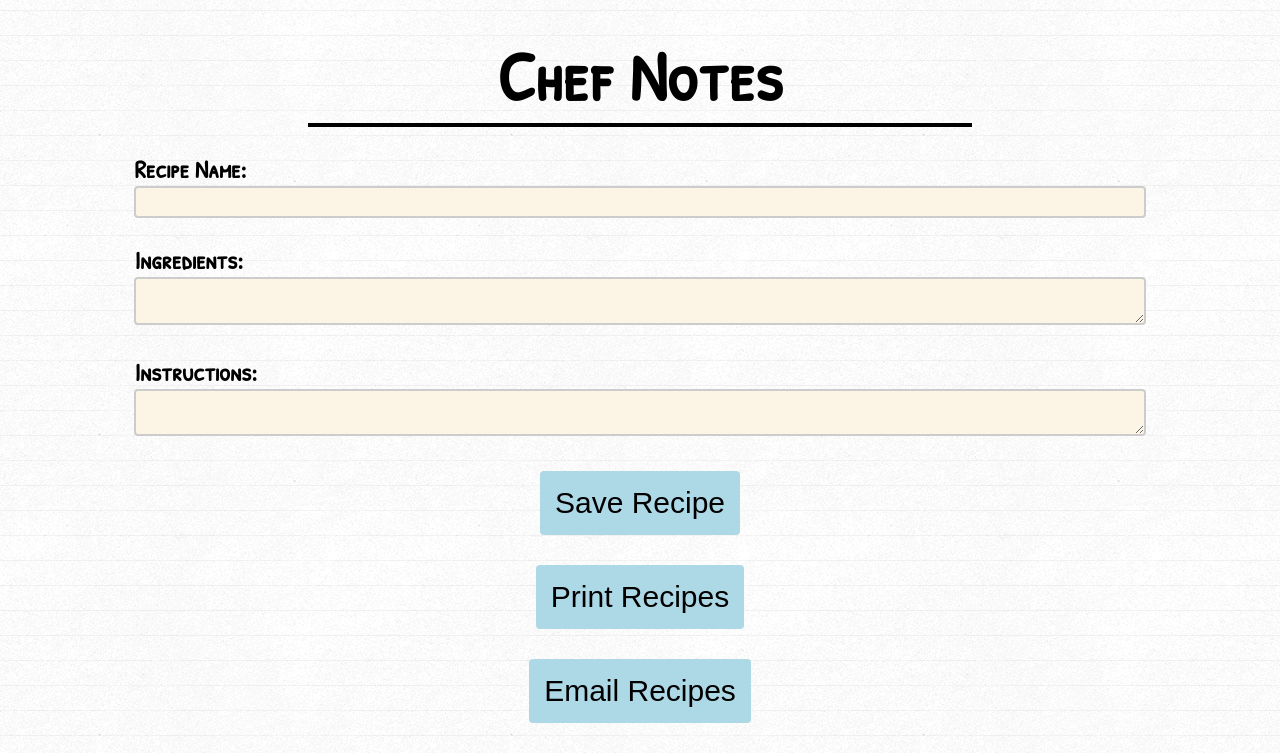
Repository: Chadloswald/RecipeSite
Page: docs/index.html
The author's editor kept a copy of each file at every save. The page is drawn from the files as they stood at one save, then again after the next save.
The browser window is 1280 px wide. The pictures show the whole page.

Above is the page before, as saved 2023-05-22 12:50:25.

After the next save:
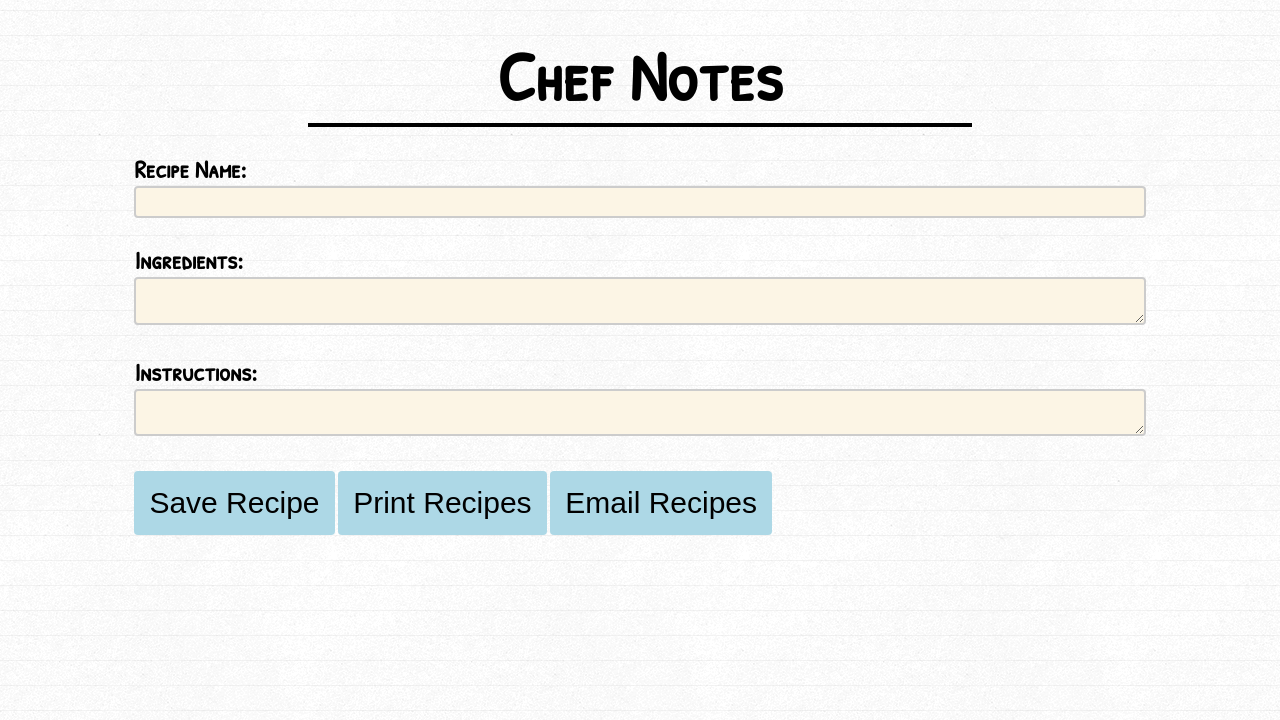
Saved 21 s later.
--- a/docs/style.css
+++ b/docs/style.css
@@ -40,7 +40,7 @@
 }
 
 button {
-  display: block;
+  /* display: block; */
   margin: 1em auto;
   padding: 0.5em;
   border-radius: 4px;

After the 6 saves that followed:
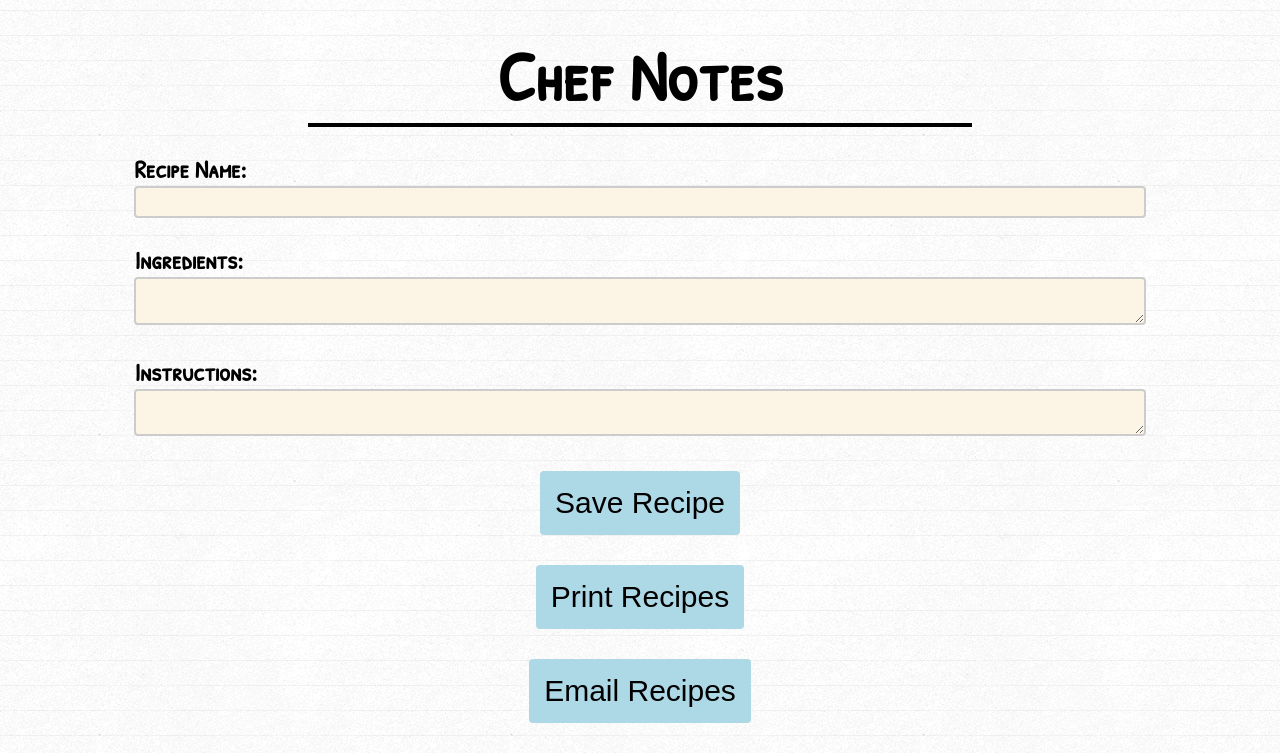
The 6 saves are shown as one change because 5 left the picture as it was.
The last was saved 6 min 19 s later.
--- a/docs/style.css
+++ b/docs/style.css
@@ -40,7 +40,7 @@
 }
 
 button {
-  /* display: block; */
+  display: block;
   margin: 1em auto;
   padding: 0.5em;
   border-radius: 4px;
@@ -59,6 +59,8 @@
 .button-container {
   display: flex;
   flex-direction: row;
+  align-items: center;
+  justify-content: center;
 }
 
 .button-container button {
